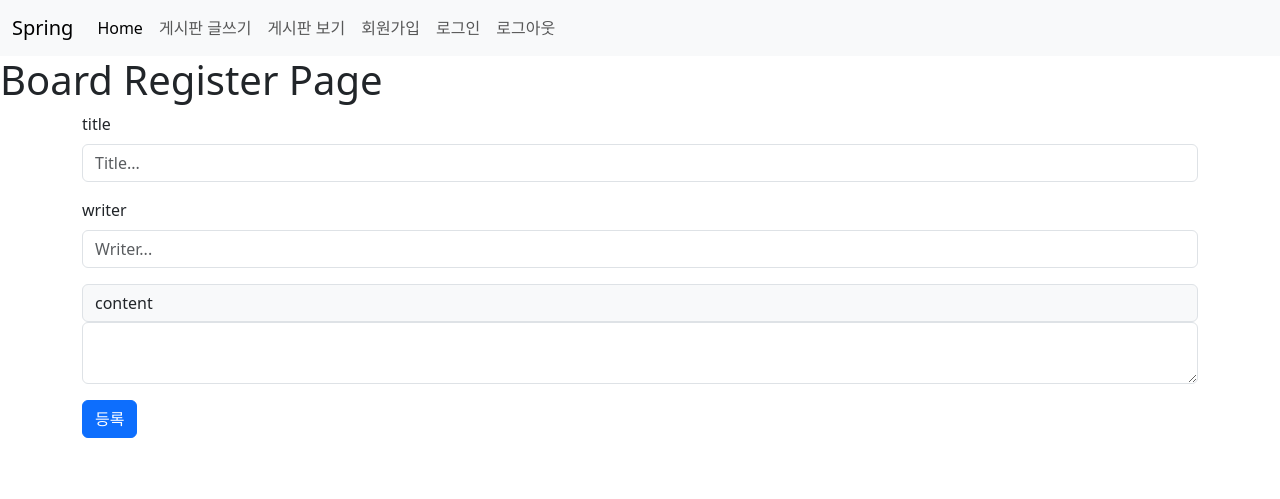
Repository: dhalfks/springTest240430
Page: http://localhost/spring_study/WEB-INF/views/board/register.jsp
These files come from the project's save history. The page is drawn as it stood at one moment and after the next save; the edit follows.
The browser window is 1280 px wide. The pictures show the whole page.
The page is served by Tomcat 9. Nobody is signed in. The template is opened directly, without the code that normally fills it, so the values that code supplies are empty.

Above is the page before, as saved 2024-04-24 01:07:20.

After the next save:
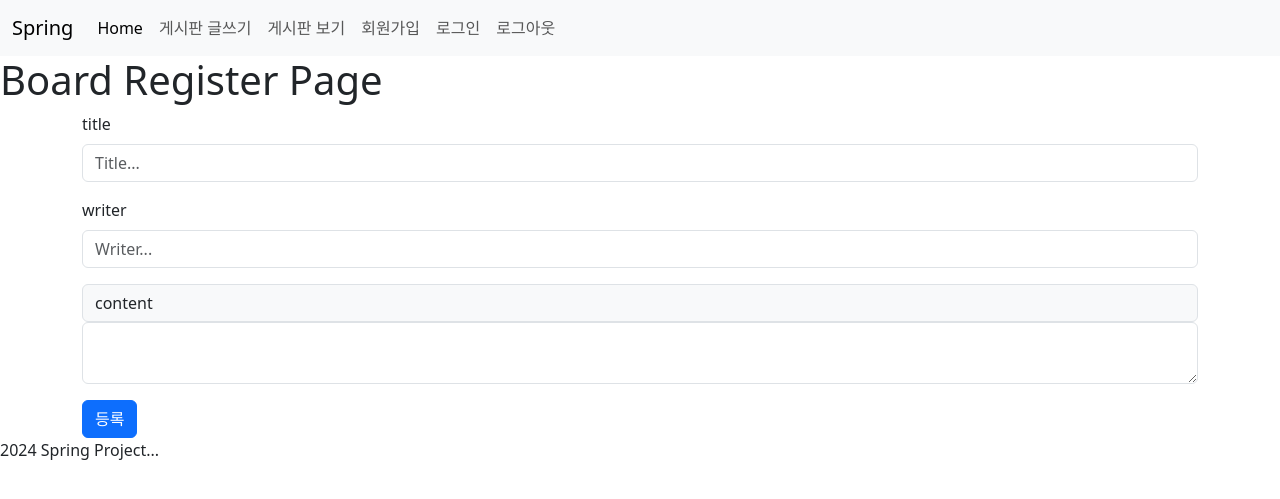
Saved 9 s later.
--- a/spring_study/src/main/webapp/WEB-INF/views/board/register.jsp
+++ b/spring_study/src/main/webapp/WEB-INF/views/board/register.jsp
@@ -19,3 +19,5 @@
 		<button type="submit" class="btn btn-primary">등록</button>
 	</form>
 </div>
+
+<jsp:include page="../layout/footer.jsp"></jsp:include>
